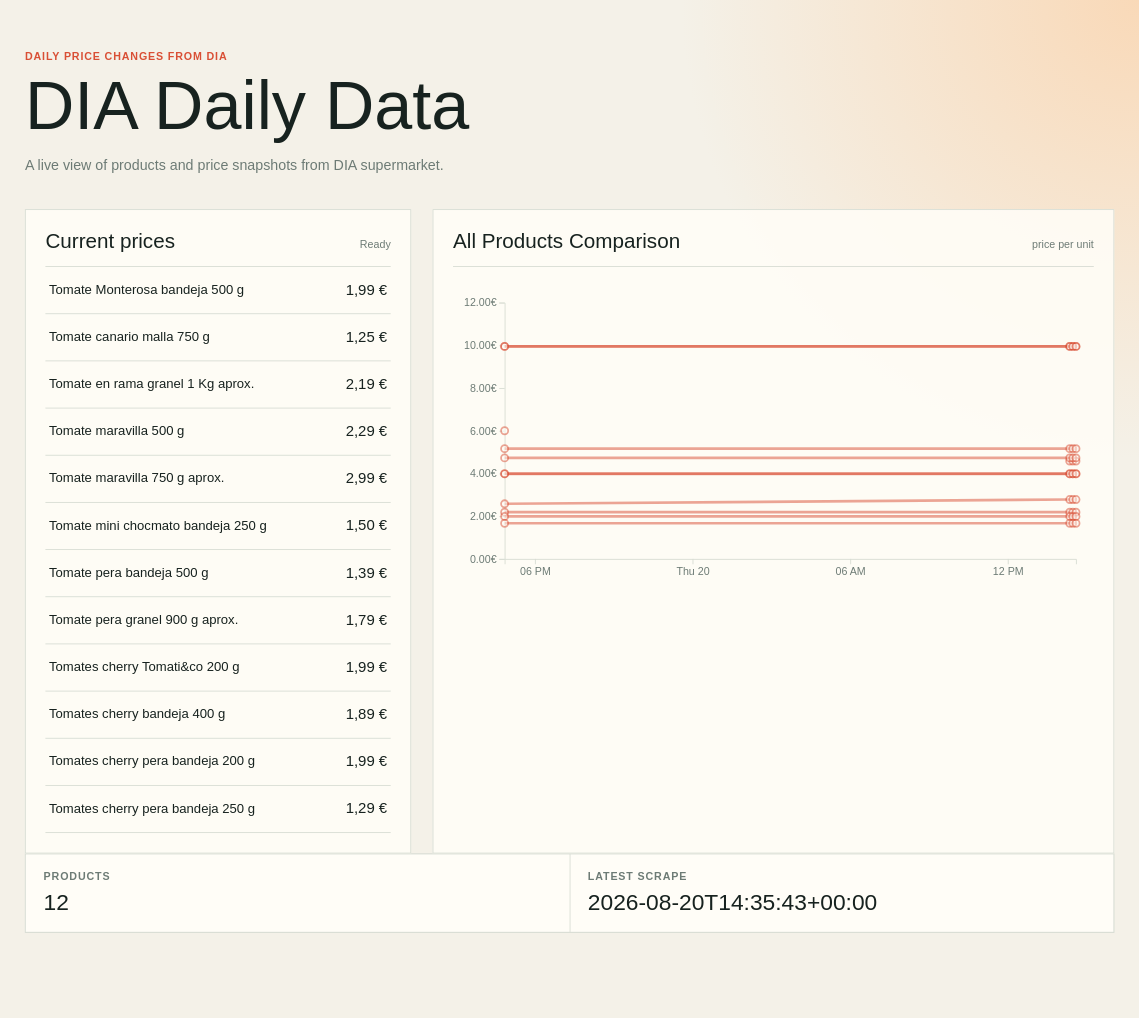
Repository: lloop/dia-daily-data
Page: http://localhost/
These files come from the project's save history. The page is drawn as it stood at one moment and after the next save; the edit follows.
The browser window is 1280 px wide. The pictures show the whole page, at 89% of full size.
The page is served by the project's application, run on Flask 3 (app.py). Other server files are loaded and not shown. The page reads the database file committed with the project.

Above is the page before, as saved 2026-08-20 17:07:57.

### templates/index.html
<!doctype html>
<html lang="en">
<head>
  <meta charset="utf-8">
  <meta name="viewport" content="width=device-width, initial-scale=1">
  <title>Daily Price Changes From DIA</title>
  <link rel="stylesheet" href="{{ url_for('static', filename='styles.css') }}">
</head>
<body>
  <main class="dashboard">
    <header class="dashboard__header">
      <p class="eyebrow">Daily Price Changes From DIA</p>
      <h1>DIA Daily Data</h1>
      <p class="lede">A live view of products and price snapshots from DIA supermarket.</p>
    </header>

    <section class="content-grid">
      <div class="panel">
        <div class="panel__heading">
          <h2>Current prices</h2>
          <span id="status">Loading...</span>
        </div>
        <div id="product-list" class="product-list"></div>
      </div>

      <div class="panel panel--chart">
        <div class="panel__heading">
          <h2 id="chart-title">Price history</h2>
          <span id="chart-unit"></span>
        </div>
        <svg id="price-chart" role="img" aria-label="Selected product price history"></svg>
        <p id="empty-chart" class="empty-state">Select a product to inspect its price history.</p>
      </div>
    </section>

    <section class="summary" aria-label="Database summary">
      <div><span class="summary__label">Products</span><strong id="product-count">-</strong></div>
      <div><span class="summary__label">Latest scrape</span><strong id="latest-scrape">-</strong></div>
    </section>

  </main>

  <script src="https://cdn.jsdelivr.net/npm/d3@7"></script>
  <script src="{{ url_for('static', filename='app.js') }}"></script>
</body>
</html>

### app.py
"""Flask server for exploring scraped DIA product and price data."""

import json
import sqlite3
from pathlib import Path

from flask import Flask, jsonify, render_template

from config import DATABASE_FILE


def create_app(database_path=None):
    """Create the Flask application, optionally using a test database."""
    app = Flask(__name__)
    app.config['DATABASE_FILE'] = Path(database_path or DATABASE_FILE)

    def query_database(query, parameters=()):
        database_file = app.config['DATABASE_FILE']
        if not database_file.exists():
            return []

        with sqlite3.connect(database_file) as connection:
            connection.row_factory = sqlite3.Row
            return [dict(row) for row in connection.execute(query, parameters)]

    @app.get('/')
    def index():
        return render_template('index.html')

    @app.get('/api/products')
    def products():
        rows = query_database(
            """
            SELECT
                products.id,
                products.name,
                products.item_type,
                products.metadata_json,
                latest.price,
                latest.currency,
                latest.raw_price_per_unit,
                latest.unit_price_eur,
                latest.availability,
                latest.scraped_at
            FROM products
            LEFT JOIN price_logs AS latest
                ON latest.id = (
                    SELECT price_logs.id
                    FROM price_logs
                    WHERE price_logs.product_id = products.id
                    ORDER BY price_logs.scraped_at DESC, price_logs.id DESC
                    LIMIT 1
                )
            ORDER BY products.name
            """
        )

        for row in rows:
            row['metadata'] = json.loads(row.pop('metadata_json') or '{}')

        return jsonify(rows)

    @app.get('/api/products/<int:product_id>/price-history')
    def price_history(product_id):
        rows = query_database(
            """
            SELECT price, currency, raw_price_per_unit, unit_price_eur,
                   availability, scraped_at
            FROM price_logs
            WHERE product_id = ?
            ORDER BY scraped_at, id
            """,
            (product_id,),
        )
        return jsonify(rows)

    return app


app = create_app()


if __name__ == '__main__':
    app.run(debug=True)

### static/styles.css
:root {
  color-scheme: light;
  --ink: #17221f;
  --muted: #6d7b75;
  --paper: #f4f1e8;
  --panel: #fffdf7;
  --line: #d8ddd4;
  --accent: #d94f35;
  --accent-soft: #f5d7c8;
}

* { box-sizing: border-box; }
body { margin: 0; background: radial-gradient(circle at top right, #f9d9b8 0, transparent 30%), var(--paper); color: var(--ink); font-family: Arial, Helvetica, sans-serif;}
.dashboard { max-width: 1280px; margin: 0 auto; padding: 56px 28px 72px; }
.dashboard__header { max-width: 700px; margin-bottom: 36px; }
.eyebrow, .summary__label, #status, #chart-unit { font: 600 0.75rem/1.2 Arial, sans-serif; letter-spacing: 0.08em; text-transform: uppercase; }
.eyebrow { color: var(--accent); margin: 0 0 12px; }
h1 { font-size: clamp(2.5rem, 6vw, 5.25rem); line-height: 0.95; margin: 0 0 18px; font-weight: 500; }
.lede { color: var(--muted); font: 1rem/1.6 Arial, sans-serif; margin: 0; }
.summary { display: flex; gap: 1px; margin-bottom: 24px; background: var(--line); border: 1px solid var(--line); }
.summary > div { flex: 1; background: var(--panel); padding: 18px 20px; }
.summary__label { display: block; color: var(--muted); margin-bottom: 8px; }
.summary strong { font-size: 1.6rem; font-weight: 500; }
.content-grid { display: grid; grid-template-columns: minmax(260px, 0.85fr) minmax(420px, 1.5fr); gap: 24px; }
.panel { background: rgba(255, 253, 247, 0.9); border: 1px solid var(--line); padding: 22px; min-height: 420px; }
.panel__heading { display: flex; align-items: baseline; justify-content: space-between; gap: 16px; border-bottom: 1px solid var(--line); padding-bottom: 14px; }
h2 { font-size: 1.45rem; font-weight: 500; margin: 0; }
#status, #chart-unit { color: var(--muted); letter-spacing: 0; text-transform: none; font-weight: 400; }
.product-list { display: grid; }
.product-button { display: flex; justify-content: space-between; gap: 16px; width: 100%; text-align: left; border: 0; border-bottom: 1px solid var(--line); background: transparent; color: inherit; padding: 16px 4px; cursor: pointer; }
.product-button:hover, .product-button.is-selected { background: var(--accent-soft); padding-left: 10px; padding-right: 10px; }
.product-name { font: 0.92rem/1.35 Arial, sans-serif; }
.product-price { white-space: nowrap; font-size: 1.05rem; }
#price-chart { width: 100%; height: 350px; margin-top: 20px; overflow: visible; }
.axis text { fill: var(--muted); font: 12px Arial, sans-serif; }
.axis path, .axis line { stroke: var(--line); }
.chart-line { fill: none; stroke: var(--accent); stroke-width: 3; }
.chart-dot { fill: var(--panel); stroke: var(--accent); stroke-width: 2; }
.empty-state { color: var(--muted); font: 0.95rem/1.5 Arial, sans-serif; }
@media (max-width: 800px) { .dashboard { padding: 34px 16px 48px; } .content-grid { grid-template-columns: 1fr; } .summary { flex-direction: column; } .panel--chart { min-height: 360px; } }

### static/app.js
const state = { products: [], histories: {}, selectedId: null };

const productList = document.querySelector('#product-list');
const status = document.querySelector('#status');
const productCount = document.querySelector('#product-count');
const latestScrape = document.querySelector('#latest-scrape');
const chartTitle = document.querySelector('#chart-title');
const chartUnit = document.querySelector('#chart-unit');
const chart = d3.select('#price-chart');
const emptyChart = document.querySelector('#empty-chart');

// Color scale to give each tomato line a unique color
const colorScale = d3.scaleOrdinal(d3.schemeCategory10);

function formatPrice(value, currency = 'EUR') {
  if (value === null || value === undefined) return 'No price';
  return new Intl.NumberFormat('es-ES', { style: 'currency', currency }).format(value);
}

function renderProducts() {
  productList.replaceChildren();
  state.products.forEach(product => {
    const button = document.createElement('button');
    button.className = 'product-button';
    button.dataset.productId = product.id;
    button.innerHTML = `<span class="product-name">${product.name}</span><span class="product-price">${formatPrice(product.price, product.currency)}</span>`;

    // Hover over sidebar button to highlight corresponding line on the chart
    button.addEventListener('mouseenter', () => highlightProduct(product.id));
    button.addEventListener('mouseleave', () => resetHighlight());

    // Click button to isolate/select product title
    button.addEventListener('click', () => selectProduct(product.id));
    productList.append(button);
  });
}

function drawChart() {
  const width = chart.node().clientWidth || 600;
  const height = 350;
  const margin = { top: 20, right: 20, bottom: 42, left: 58 };

  chart.attr('viewBox', `0 0 ${width} ${height}`).selectAll('*').remove();

  // Combine all product histories into arrays for plotting
  const allSeries = state.products.map(product => {
    const rawHistory = state.histories[product.id] || [];
    return {
      product,
      values: rawHistory.map(item => ({ ...item, date: new Date(item.scraped_at) }))
    };
  }).filter(series => series.values.length > 0);

  const hasData = allSeries.length > 0;
  emptyChart.hidden = hasData;
  chartUnit.textContent = hasData ? 'price per unit' : '';
  if (!hasData) return;

  // Flatten values across all products to calculate global X and Y domains
  const allPoints = allSeries.flatMap(s => s.values);
  const x = d3.scaleTime()
    .domain(d3.extent(allPoints, d => d.date))
    .range([margin.left, width - margin.right]);

  const y = d3.scaleLinear()
    .domain([0, d3.max(allPoints, d => d.unit_price_eur) * 1.15 || 1])
    .nice()
    .range([height - margin.bottom, margin.top]);

  const line = d3.line()
    .x(d => x(d.date))
    .y(d => y(d.unit_price_eur));

  // Axes
  chart.append('g')
    .attr('class', 'axis')
    .attr('transform', `translate(0,${height - margin.bottom})`)
    .call(d3.axisBottom(x).ticks(5));

  chart.append('g')
    .attr('class', 'axis')
    .attr('transform', `translate(${margin.left},0)`)
    .call(d3.axisLeft(y).ticks(5).tickFormat(value => `${value.toFixed(2)}€`));

  // Render Overlaid Lines (50% Opacity)
  allSeries.forEach(series => {
    const lineColor = colorScale(series.product.id);

    chart.append('path')
      .datum(series.values)
      .attr('class', `chart-line line-product-${series.product.id}`)
      .attr('d', line)
      .attr('fill', 'none')
      .attr('stroke', lineColor)
      .attr('stroke-width', 2)
      .attr('opacity', 0.5);

    // Data points for hover feedback
    chart.selectAll(`.chart-dot-${series.product.id}`)
      .data(series.values)
      .join('circle')
      .attr('class', `chart-dot chart-dot-${series.product.id}`)
      .attr('r', 4)
      .attr('cx', item => x(item.date))
      .attr('cy', item => y(item.unit_price_eur))
      .attr('fill', lineColor)
      .attr('opacity', 0.5)
      .on('mouseenter', () => highlightProduct(series.product.id))
      .on('mouseleave', () => resetHighlight())
      .append('title')
      .text(item => `${series.product.name}\n${formatPrice(item.unit_price_eur)} - ${item.scraped_at}`);
  });
}

function highlightProduct(productId) {
  // Dim all lines to 15% opacity, highlight selected line at 100% opacity
  chart.selectAll('.chart-line')
    .attr('opacity', 0.15)
    .attr('stroke-width', 2);

  chart.selectAll('.chart-dot')
    .attr('opacity', 0.15);

  chart.selectAll(`.line-product-${productId}`)
    .attr('opacity', 1)
    .attr('stroke-width', 4);

  chart.selectAll(`.chart-dot-${productId}`)
    .attr('opacity', 1);
}

function resetHighlight() {
  // Restore all lines to 50% opacity
  chart.selectAll('.chart-line')
    .attr('opacity', 0.5)
    .attr('stroke-width', 2);

  chart.selectAll('.chart-dot')
    .attr('opacity', 0.5);
}

function selectProduct(productId) {
  state.selectedId = productId;
  document.querySelectorAll('.product-button').forEach(button => {
    button.classList.toggle('is-selected', Number(button.dataset.productId) === productId);
  });
  const product = state.products.find(item => item.id === productId);
  if (product) {
    chartTitle.textContent = product.name;
  }
}

async function loadProducts() {
  const response = await fetch('/api/products');
  state.products = await response.json();
  productCount.textContent = state.products.length;
  latestScrape.textContent = state.products.reduce((latest, item) => item.scraped_at > latest ? item.scraped_at : latest, '-') || '-';
  status.textContent = state.products.length ? 'Loading history...' : 'No database records';

  renderProducts();

  // Fetch price history for all products in parallel
  const historyPromises = state.products.map(product =>
    fetch(`/api/products/${product.id}/price-history`)
      .then(res => res.json())
      .then(data => { state.histories[product.id] = data; })
  );

  await Promise.all(historyPromises);

  status.textContent = state.products.length ? 'Ready' : 'No database records';
  chartTitle.textContent = 'All Products Comparison';
  drawChart();
}

loadProducts().catch(error => {
  status.textContent = 'Unable to load data';
  console.error(error);
});

### output/dia_products.sqlite3 (the tables this page reads, as SQL)
CREATE TABLE price_logs (
    id INTEGER PRIMARY KEY,
    product_id INTEGER NOT NULL,
    price REAL,
    currency TEXT,
    raw_price_per_unit TEXT,
    unit_price_eur REAL,
    availability TEXT,
    scraped_at DATETIME NOT NULL,
    FOREIGN KEY (product_id) REFERENCES products(id)
);
INSERT INTO "price_logs" VALUES
(1, 1, 1.29, 'EUR', '(2,58 €/KILO)', 2.58, 'https://schema.org/InStock', '2026-08-19T16:50:45+00:00'),
(2, 2, 2.19, 'EUR', '(2,19 €/KILO)', 2.19, 'https://schema.org/InStock', '2026-08-19T16:50:45+00:00'),
(3, 3, 1.99, 'EUR', '(9,95 €/KILO)', 9.95, 'https://schema.org/InStock', '2026-08-19T16:50:45+00:00'),
(4, 4, 1.29, 'EUR', '(5,16 €/KILO)', 5.16, 'https://schema.org/InStock', '2026-08-19T16:50:45+00:00'),
(5, 5, 1.79, 'EUR', '(1,99 €/KILO)', 1.99, 'https://schema.org/InStock', '2026-08-19T16:50:45+00:00'),
(6, 6, 1.89, 'EUR', '(4,73 €/KILO)', 4.73, 'https://schema.org/InStock', '2026-08-19T16:50:45+00:00'),
(7, 7, 1.99, 'EUR', '(3,98 €/KILO)', 3.98, 'https://schema.org/InStock', '2026-08-19T16:50:45+00:00'),
(8, 8, 1.25, 'EUR', '(1,67 €/KILO)', 1.67, 'https://schema.org/InStock', '2026-08-19T16:50:45+00:00'),
(9, 9, 2.99, 'EUR', '(3,99 €/KILO)', 3.99, 'https://schema.org/OutOfStock', '2026-08-19T16:50:45+00:00'),
(10, 10, 1.5, 'EUR', '(6,00 €/KILO)', 6.0, 'https://schema.org/InStock', '2026-08-19T16:50:45+00:00'),
(11, 11, 1.99, 'EUR', '(9,95 €/KILO)', 9.95, 'https://schema.org/InStock', '2026-08-19T16:50:45+00:00'),
(12, 1, 1.39, 'EUR', '(2,78 €/KILO)', 2.78, 'https://schema.org/InStock', '2026-08-20T14:21:22+00:00'),
(13, 2, 2.19, 'EUR', '(2,19 €/KILO)', 2.19, 'https://schema.org/InStock', '2026-08-20T14:21:22+00:00'),
(14, 3, 1.99, 'EUR', '(9,95 €/KILO)', 9.95, 'https://schema.org/InStock', '2026-08-20T14:21:22+00:00'),
(15, 4, 1.29, 'EUR', '(5,16 €/KILO)', 5.16, 'https://schema.org/InStock', '2026-08-20T14:21:22+00:00'),
(16, 5, 1.79, 'EUR', '(1,99 €/KILO)', 1.99, 'https://schema.org/InStock', '2026-08-20T14:21:22+00:00'),
(17, 6, 1.89, 'EUR', '(4,73 €/KILO)', 4.73, 'https://schema.org/InStock', '2026-08-20T14:21:22+00:00'),
(18, 7, 1.99, 'EUR', '(3,98 €/KILO)', 3.98, 'https://schema.org/InStock', '2026-08-20T14:21:22+00:00'),
(19, 8, 1.25, 'EUR', '(1,67 €/KILO)', 1.67, 'https://schema.org/InStock', '2026-08-20T14:21:22+00:00'),
(20, 9, 2.99, 'EUR', '(3,99 €/KILO)', 3.99, 'https://schema.org/OutOfStock', '2026-08-20T14:21:22+00:00'),
(21, 11, 1.99, 'EUR', '(9,95 €/KILO)', 9.95, 'https://schema.org/InStock', '2026-08-20T14:21:22+00:00'),
(22, 12, 2.29, 'EUR', '(4,58 €/KILO)', 4.58, 'https://schema.org/InStock', '2026-08-20T14:21:22+00:00'),
(23, 1, 1.39, 'EUR', '(2,78 €/KILO)', 2.78, 'https://schema.org/InStock', '2026-08-20T14:28:25+00:00'),
(24, 2, 2.19, 'EUR', '(2,19 €/KILO)', 2.19, 'https://schema.org/InStock', '2026-08-20T14:28:25+00:00'),
(25, 3, 1.99, 'EUR', '(9,95 €/KILO)', 9.95, 'https://schema.org/InStock', '2026-08-20T14:28:25+00:00'),
(26, 4, 1.29, 'EUR', '(5,16 €/KILO)', 5.16, 'https://schema.org/InStock', '2026-08-20T14:28:25+00:00'),
(27, 5, 1.79, 'EUR', '(1,99 €/KILO)', 1.99, 'https://schema.org/InStock', '2026-08-20T14:28:25+00:00'),
(28, 6, 1.89, 'EUR', '(4,73 €/KILO)', 4.73, 'https://schema.org/InStock', '2026-08-20T14:28:25+00:00'),
(29, 7, 1.99, 'EUR', '(3,98 €/KILO)', 3.98, 'https://schema.org/InStock', '2026-08-20T14:28:25+00:00'),
(30, 8, 1.25, 'EUR', '(1,67 €/KILO)', 1.67, 'https://schema.org/InStock', '2026-08-20T14:28:25+00:00'),
(31, 9, 2.99, 'EUR', '(3,99 €/KILO)', 3.99, 'https://schema.org/OutOfStock', '2026-08-20T14:28:25+00:00'),
(32, 11, 1.99, 'EUR', '(9,95 €/KILO)', 9.95, 'https://schema.org/InStock', '2026-08-20T14:28:25+00:00'),
(33, 12, 2.29, 'EUR', '(4,58 €/KILO)', 4.58, 'https://schema.org/InStock', '2026-08-20T14:28:25+00:00'),
(34, 1, 1.39, 'EUR', '(2,78 €/KILO)', 2.78, 'https://schema.org/InStock', '2026-08-20T14:35:43+00:00'),
(35, 2, 2.19, 'EUR', '(2,19 €/KILO)', 2.19, 'https://schema.org/InStock', '2026-08-20T14:35:43+00:00'),
(36, 3, 1.99, 'EUR', '(9,95 €/KILO)', 9.95, 'https://schema.org/InStock', '2026-08-20T14:35:43+00:00'),
(37, 4, 1.29, 'EUR', '(5,16 €/KILO)', 5.16, 'https://schema.org/InStock', '2026-08-20T14:35:43+00:00'),
(38, 5, 1.79, 'EUR', '(1,99 €/KILO)', 1.99, 'https://schema.org/InStock', '2026-08-20T14:35:43+00:00'),
(39, 6, 1.89, 'EUR', '(4,73 €/KILO)', 4.73, 'https://schema.org/InStock', '2026-08-20T14:35:43+00:00'),
(40, 7, 1.99, 'EUR', '(3,98 €/KILO)', 3.98, 'https://schema.org/InStock', '2026-08-20T14:35:43+00:00'),
(41, 8, 1.25, 'EUR', '(1,67 €/KILO)', 1.67, 'https://schema.org/InStock', '2026-08-20T14:35:43+00:00'),
(42, 9, 2.99, 'EUR', '(3,99 €/KILO)', 3.99, 'https://schema.org/OutOfStock', '2026-08-20T14:35:43+00:00'),
(43, 11, 1.99, 'EUR', '(9,95 €/KILO)', 9.95, 'https://schema.org/InStock', '2026-08-20T14:35:43+00:00'),
(44, 12, 2.29, 'EUR', '(4,58 €/KILO)', 4.58, 'https://schema.org/InStock', '2026-08-20T14:35:43+00:00');

CREATE TABLE products (
    id INTEGER PRIMARY KEY,
    name TEXT UNIQUE NOT NULL,
    item_type TEXT,
    metadata_json TEXT NOT NULL
);
INSERT INTO "products" VALUES
(1, 'Tomate pera bandeja 500 g', 'Product', '{"type": "Product", "info_labels": ["Calibre: + 57MM-75MM", "Categoria: I", "Variedad: PERA", "Origen: PORTUGAL", "Tipo de producto: Tomates"]}'),
(2, 'Tomate en rama granel 1 Kg aprox.', 'Product', '{"type": "Product", "info_labels": ["Calibre: 57 + MM", "Categoria: I", "Variedad: RAMA", "Origen: VER ENVASE", "Tipo de producto: Tomates"]}'),
(3, 'Tomates cherry Tomati&co 200 g', 'Product', '{"type": "Product", "info_labels": ["Calibre: 18-35MM", "Categoria: I", "Variedad: VITALION", "Origen: ESPAÑA", "Tipo de producto: Tomates"]}'),
(4, 'Tomates cherry pera bandeja 250 g', 'Product', '{"type": "Product", "info_labels": ["Calibre: 17-35 MM", "Categoria: I", "Variedad: CHERRY PERA, ANGELLE", "Origen: ESPAÑA", "Tipo de producto: Tomates"]}'),
(5, 'Tomate pera granel 900 g aprox.', 'Product', '{"type": "Product", "info_labels": ["Calibre: 47-66MM", "Categoria: I", "Variedad: PERA", "Origen: PORTUGAL", "Tipo de producto: Tomates"]}'),
(6, 'Tomates cherry bandeja 400 g', 'Product', '{"type": "Product", "info_labels": ["Calibre: 18 MM - 32 MM", "Categoria: I", "Variedad: CHERRY REDONDO, KARELYA", "Origen: ESPAÑA", "Tipo de producto: Tomates"]}'),
(7, 'Tomate Monterosa bandeja 500 g', 'Product', '{"type": "Product", "info_labels": ["Calibre: +67MM-", "Categoria: I", "Variedad: MONTEROSA", "Origen: VER ENVASE", "Tipo de producto: Tomates"]}'),
(8, 'Tomate canario malla 750 g', 'Product', '{"type": "Product", "info_labels": ["Calibre: 47MM-66MM", "Categoria: I", "Variedad: -", "Origen: PORTUGAL", "Tipo de producto: Tomates"]}'),
(9, 'Tomate maravilla 750 g aprox.', 'Product', '{"type": "Product", "info_labels": ["Calibre: + 67MM", "Categoria: I", "Variedad: MARAVILLA", "Origen: ESPAÑA", "Tipo de producto: Tomates"]}'),
(10, 'Tomate mini chocmato bandeja 250 g', 'Product', '{"type": "Product", "info_labels": ["Calibre: 17-35MM", "Categoria: I", "Variedad: MINI CHOCMATO", "Origen: ESPAÑA", "Tipo de producto: Tomates"]}'),
(11, 'Tomates cherry pera bandeja 200 g', 'Product', '{"type": "Product", "info_labels": ["Calibre: 20-35 MM", "Categoria: I", "Variedad: CHERRY PERA LOBELLO", "Origen: ESPAÑA", "Tipo de producto: Tomates"]}'),
(12, 'Tomate maravilla 500 g', 'Product', '{"type": "Product", "info_labels": ["Calibre: 57 MM", "Categoria: I", "Variedad: MARAVILLA", "Origen: ESPAÑA", "Tipo de producto: Tomates"]}');

After the next save:
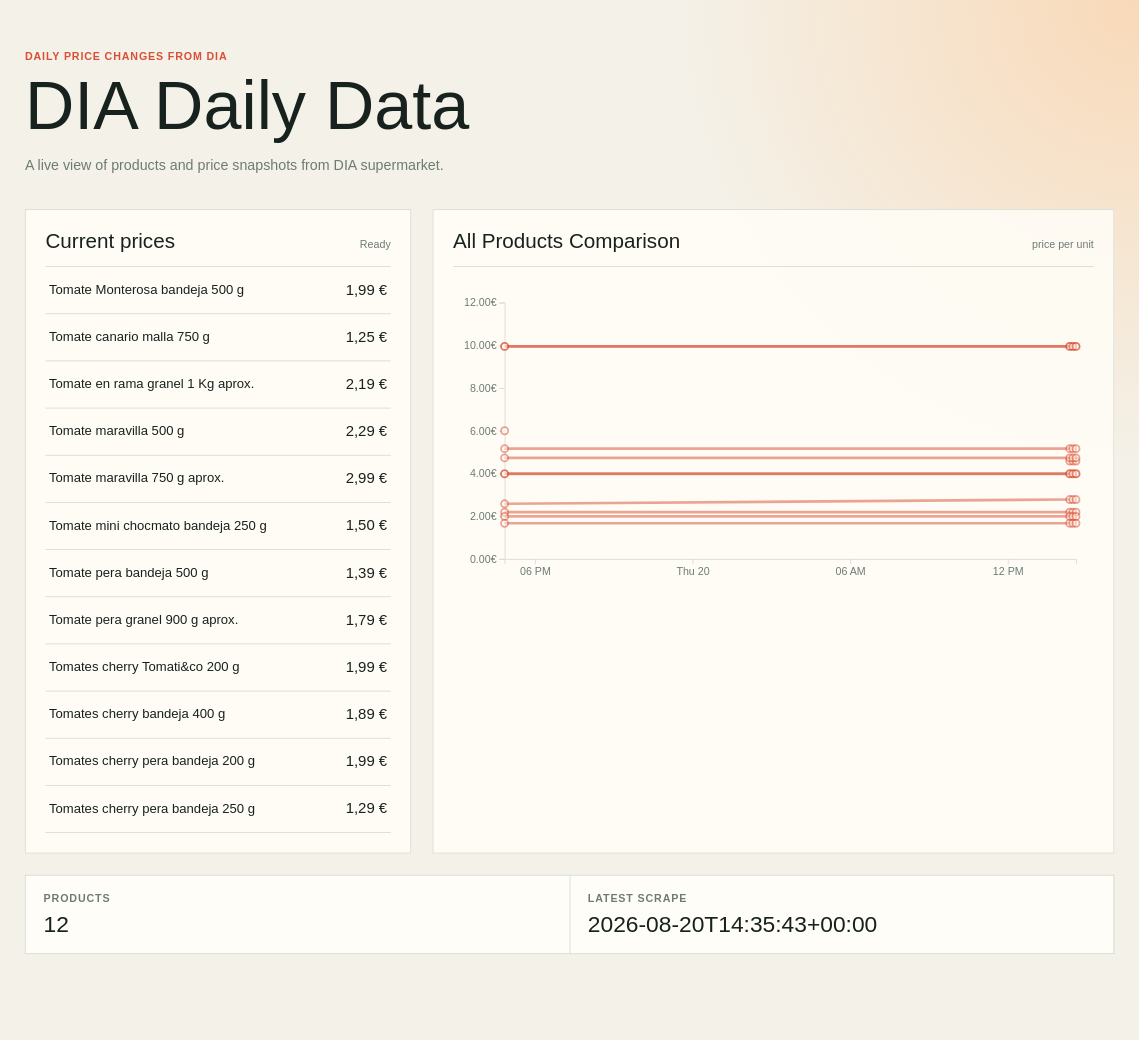
Saved 2 min 43 s later.
--- a/static/styles.css
+++ b/static/styles.css
@@ -21,7 +21,7 @@
 .summary > div { flex: 1; background: var(--panel); padding: 18px 20px; }
 .summary__label { display: block; color: var(--muted); margin-bottom: 8px; }
 .summary strong { font-size: 1.6rem; font-weight: 500; }
-.content-grid { display: grid; grid-template-columns: minmax(260px, 0.85fr) minmax(420px, 1.5fr); gap: 24px; }
+.content-grid { display: grid; grid-template-columns: minmax(260px, 0.85fr) minmax(420px, 1.5fr); gap: 24px; margin-bottom: 24px;}
 .panel { background: rgba(255, 253, 247, 0.9); border: 1px solid var(--line); padding: 22px; min-height: 420px; }
 .panel__heading { display: flex; align-items: baseline; justify-content: space-between; gap: 16px; border-bottom: 1px solid var(--line); padding-bottom: 14px; }
 h2 { font-size: 1.45rem; font-weight: 500; margin: 0; }
